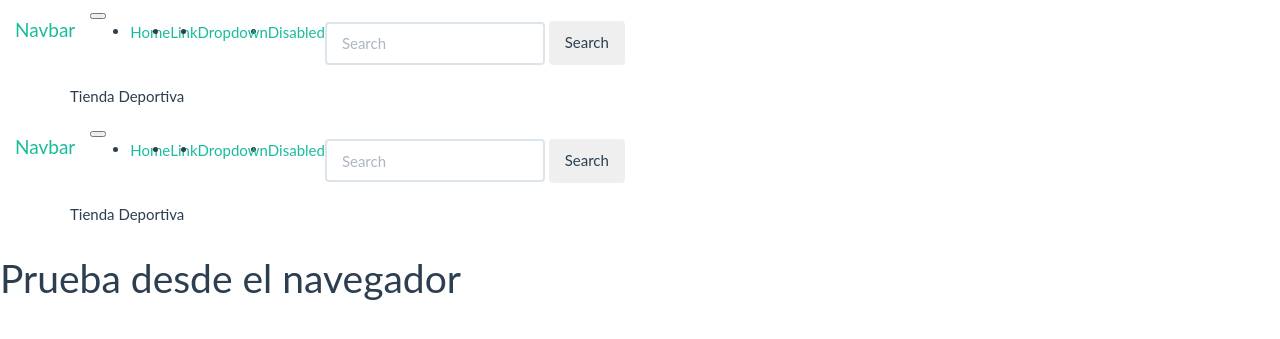
Repository: ixchelmorneo/PruebasUnitarias
Page: http://localhost/home
The author's editor kept a copy of each file at every save. The page is drawn from the files as they stood at one save, then again after the next save.
The browser window is 1280 px wide. The pictures show the whole page.
The page is this project's Thymeleaf template; nobody is signed in. The template is opened directly, without the code that normally fills it, so the values that code supplies are empty.

Above is the page before, as saved 2020-11-26 08:18:27.

### tiendaDeportiva/src/main/resources/templates/home.html
<!DOCTYPE html>
<html xmlns:th="http://www.thymeleaf.org">
<head th:replace="plantilla/template :: header">
<meta charset="UTF-8">
<title>Insert title here</title>
</head>
<body>

<header th:replace="plantilla/template :: header"></header>

<h1>Prueba desde el navegador</h1>

<footer threplace="plantilla/template :: footer"></footer>
</body>
</html>

### tiendaDeportiva/src/main/resources/templates/plantilla/template.html
<!DOCTYPE html>
<html xmlns:th="http://www.thymeleaf.org">
<head th:fragment="header">
<meta charset="UTF-8">
<title>Usuario</title>
<link rel="stylesheet" th:href="@{/css/bootstrap.min.css}">

</head>
<body>
	<!-- BARRA DE NAVEGACION -->

	<header th:fragment="header">

		<nav class="navbar navbar-expand-lg navbar-light bg-light">
			<a class="navbar-brand" href="#">Navbar</a>
			<button class="navbar-toggler" type="button" data-toggle="collapse"
				data-target="#navbarSupportedContent"
				aria-controls="navbarSupportedContent" aria-expanded="false"
				aria-label="Toggle navigation">
				<span class="navbar-toggler-icon"></span>
			</button>

			<div class="collapse navbar-collapse" id="navbarSupportedContent">
				<ul class="navbar-nav mr-auto">
					<li class="nav-item active"><a class="nav-link" href="#">Home
							<span class="sr-only">(current)</span>
					</a></li>
					<li class="nav-item"><a class="nav-link" href="#">Link</a></li>
					<li class="nav-item dropdown"><a
						class="nav-link dropdown-toggle" href="#" id="navbarDropdown"
						role="button" data-toggle="dropdown" aria-haspopup="true"
						aria-expanded="false"> Dropdown </a>
						<div class="dropdown-menu" aria-labelledby="navbarDropdown">
							<a class="dropdown-item" href="#">Action</a> <a
								class="dropdown-item" href="#">Another action</a>
							<div class="dropdown-divider"></div>
							<a class="dropdown-item" href="#">Something else here</a>
						</div></li>
					<li class="nav-item"><a class="nav-link disabled" href="#"
						tabindex="-1" aria-disabled="true">Disabled</a></li>
				</ul>
				<form class="form-inline my-2 my-lg-0">
					<input class="form-control mr-sm-2" type="search"
						placeholder="Search" aria-label="Search">
					<button class="btn btn-outline-success my-2 my-sm-0" type="submit">Search</button>
				</form>
			</div>
		</nav>




	</header>


	<!-- CONTENIDO -->

	<div class="container"></div>


	<!-- PIE DE PAGINA -->
	<footer th:fragment="header">

<div class="container">
<p>
Tienda Deportiva
</p>

</div>

		<script type="text/javascript"
			th:src="@{/js/jquery-3.5.1.slim.min.js}"></script>
		<script type="text/javascript" th:src="@{/js/popper.min.js}"></script>
		<script type="text/javascript" th:src="@{/js/bootstrap.min.js}"></script>

	</footer>



</body>
</html>

Loaded but not shown: tiendaDeportiva/src/main/resources/static/css/bootstrap.min.css (library); tiendaDeportiva/src/main/resources/static/js/jquery-3.5.1.slim.min.js (library); tiendaDeportiva/src/main/resources/static/js/popper.min.js (library); tiendaDeportiva/src/main/resources/static/js/bootstrap.min.js (library)

After the next save:
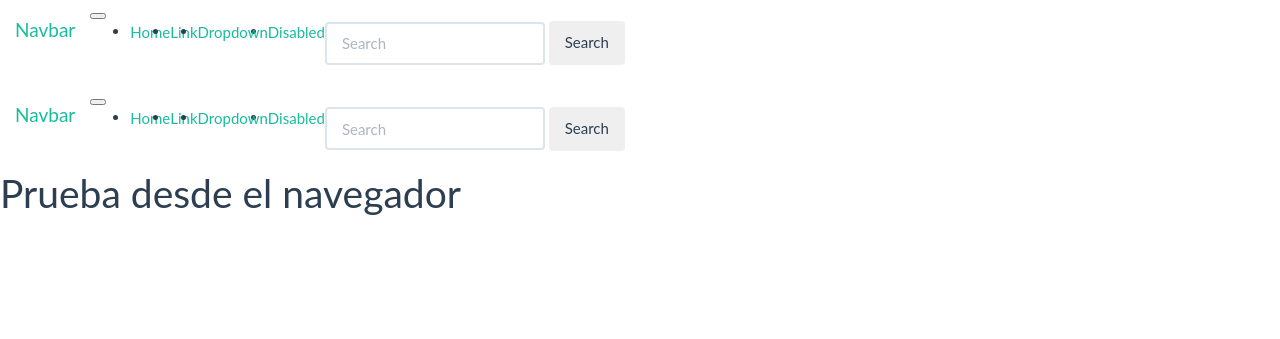
Saved 88 s later.
--- a/tiendaDeportiva/src/main/resources/templates/plantilla/template.html
+++ b/tiendaDeportiva/src/main/resources/templates/plantilla/template.html
@@ -59,14 +59,12 @@
 
 
 	<!-- PIE DE PAGINA -->
-	<footer th:fragment="header">
+	<footer th:fragment="footer">
 
-<div class="container">
-<p>
-Tienda Deportiva
-</p>
+		<div class="container">
+			<p>Tienda Deportiva</p>
 
-</div>
+		</div>
 
 		<script type="text/javascript"
 			th:src="@{/js/jquery-3.5.1.slim.min.js}"></script>
